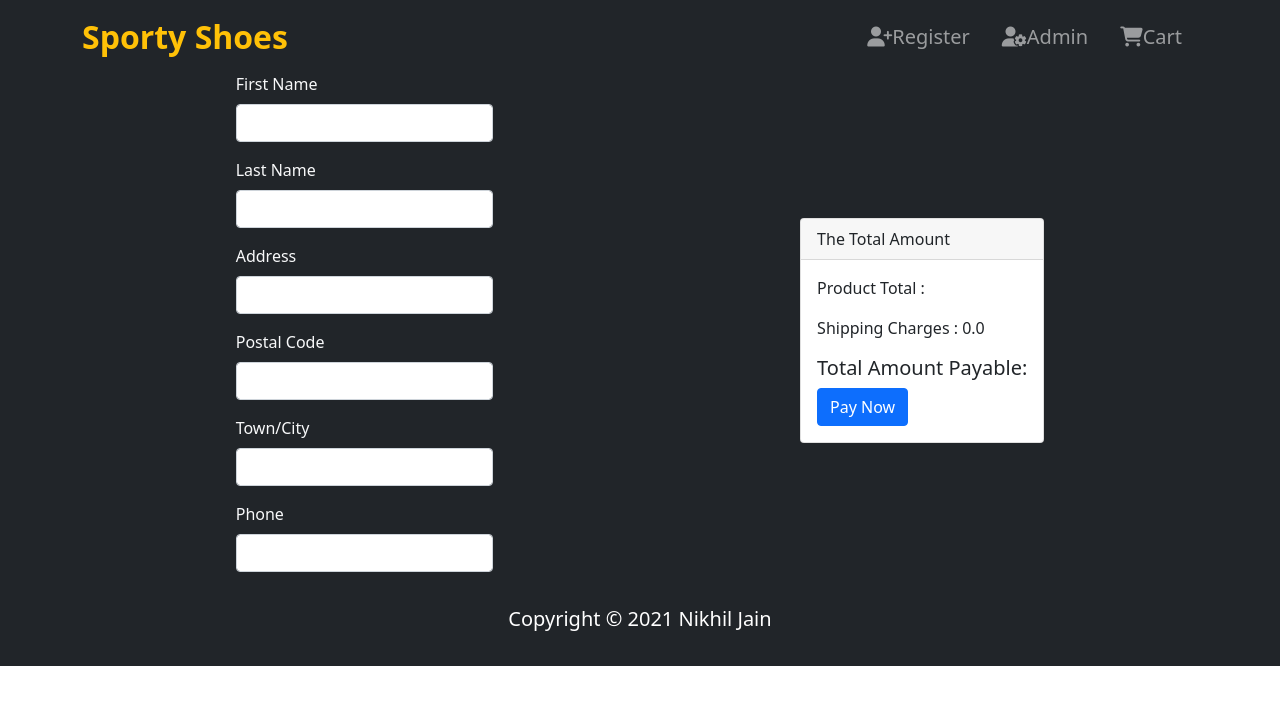
Repository: Niks4u2/SportyShoes
Page: http://localhost/checkout
The author's editor kept a copy of each file at every save. The page is drawn from the files as they stood at one save, then again after the next save.
The browser window is 1280 px wide. The pictures show the whole page.
Some icons come from a web library that is not loaded, so they are not drawn. Some web libraries are served in a nearby version. The page is this project's Thymeleaf template; nobody is signed in. The template is opened directly, without the code that normally fills it, so the values that code supplies are empty.

Above is the page before, as saved 2021-11-10 12:29:53.

After the next save:
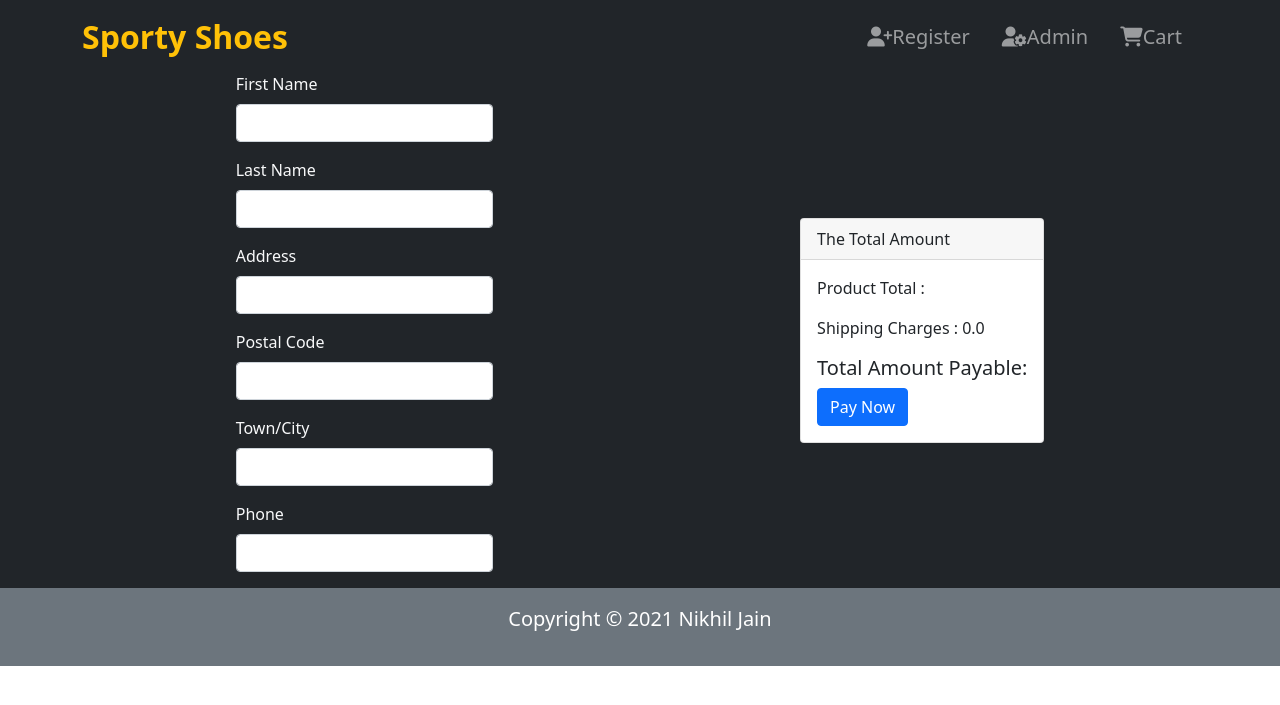
Saved 58 s later.
--- a/Source Code/sporty-shoes/src/main/resources/templates/checkout.html
+++ b/Source Code/sporty-shoes/src/main/resources/templates/checkout.html
@@ -89,7 +89,7 @@
     </section>
 
         <!-- Footer -->
-    <footer class="p-3 bg-dark text-center text-white position-relative">
+    <footer class="p-3 bg-secondary text-center text-white position-relative">
         <div class="container">
             <p class="lead"> Copyright &copy 2021 Nikhil Jain </p>
             <a href="#" class="position-absolute bottom-0 end-0 p-5">
